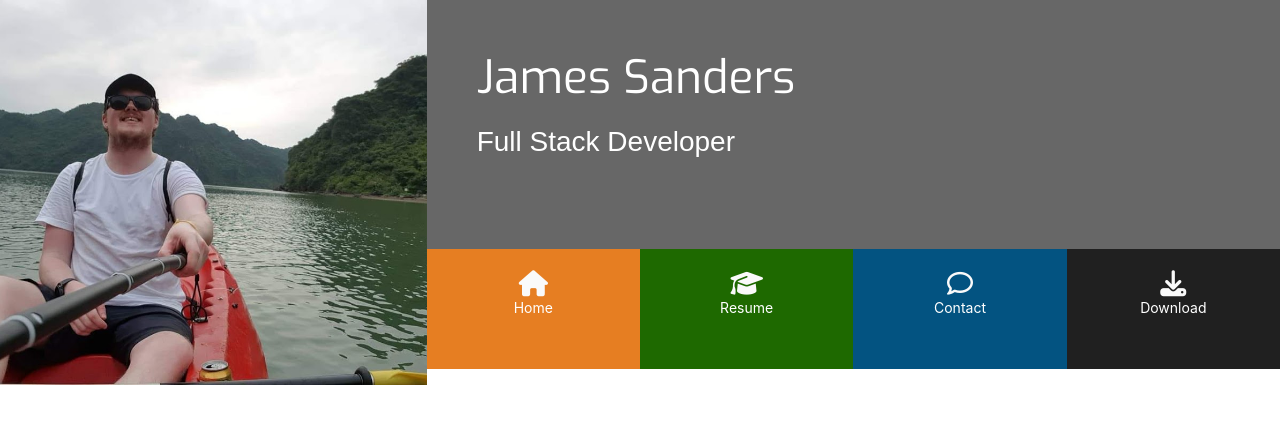
Repository: JaySanders95/my-online-resume
Page: index.html
An editor plug-in stored every save of this project. The page is shown before and after the next save, followed by the edit.
The browser window is 1280 px wide. The pictures show the whole page.
Some web fonts or font styles are not loaded; a fallback is used. Some web libraries are served in a nearby version.

Above is the page before, as saved 2023-04-19 15:53:49.

After the next save:
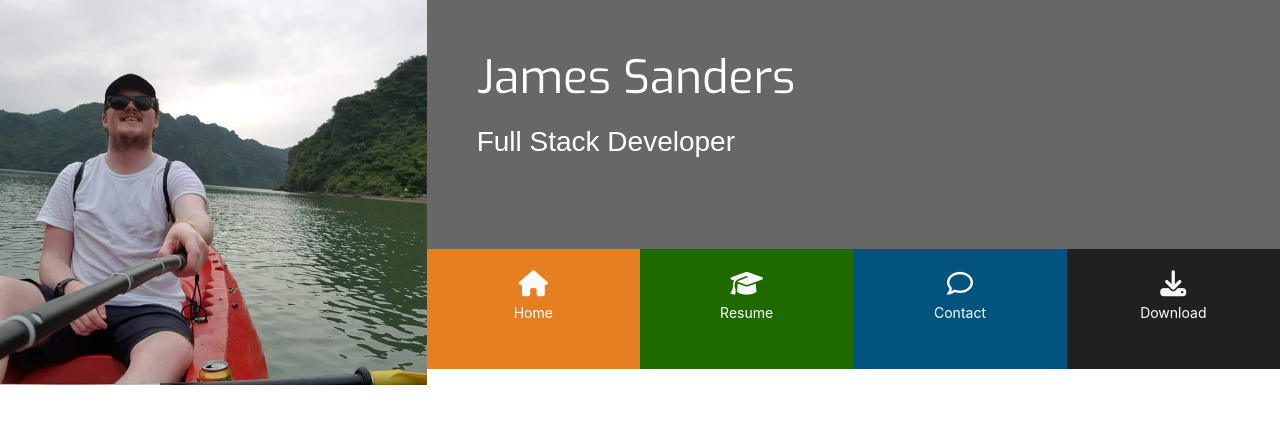
Saved 43 s later.
--- a/assets/css/style.css
+++ b/assets/css/style.css
@@ -89,3 +89,9 @@ header {
     color: #fafafa;
     font-size: 26px;
 }
+
+.menuitem span {
+    display: block;
+    width: 100%;
+    padding-top: 5px;
+}
